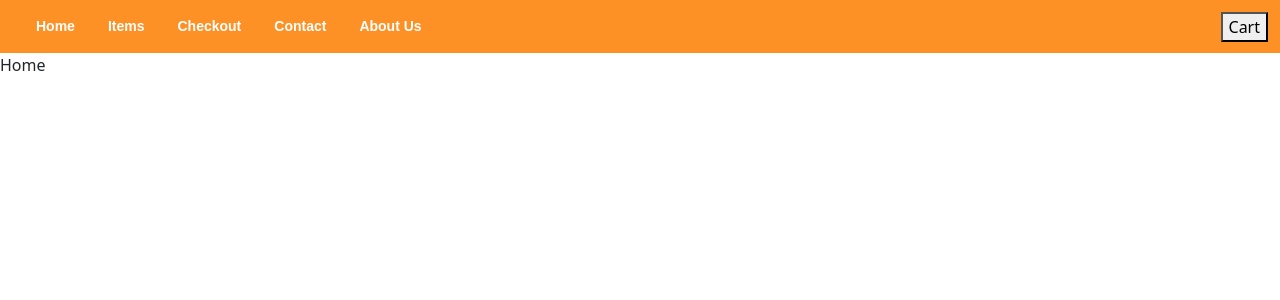
Repository: SaudCh/React-Ecommerce
Page: /
The author's editor kept a copy of each file at every save. The page is drawn from the files as they stood at one save, then again after the next save.
The browser window is 1280 px wide. The pictures show the whole page.
The project was rebuilt for these pictures with package versions that can differ from the ones it lists, and the page was loaded fresh each time. Also part of the build but not shown: src/App.css.

Above is the page before, as saved 2021-12-05 11:49:04.

After the next save:
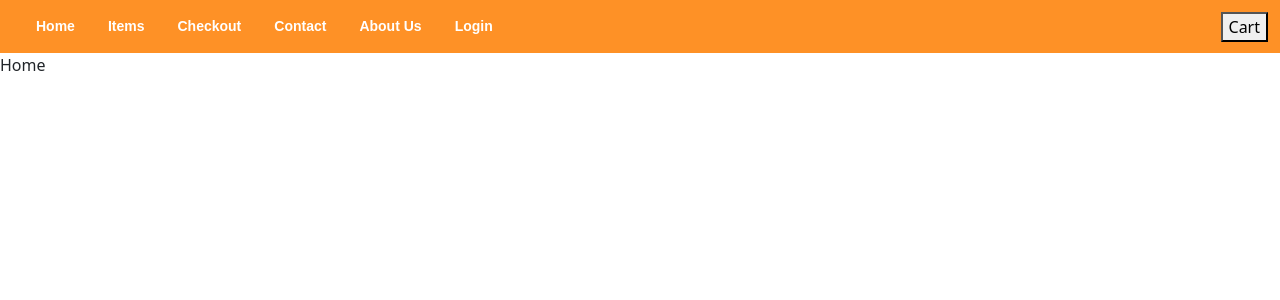
Saved 8 s later.
--- a/src/Header/Header.jsx
+++ b/src/Header/Header.jsx
@@ -65,6 +65,16 @@ export default function Header() {
                 About Us
               </Link>
             </li>
+            <li class="nav-item">
+              <Link
+                class="nav-link text-white"
+                to="#"
+                tabindex="-1"
+                aria-disabled="true"
+              >
+                Login
+              </Link>
+            </li>
           </ul>
           <button>Cart</button>
         </div>
